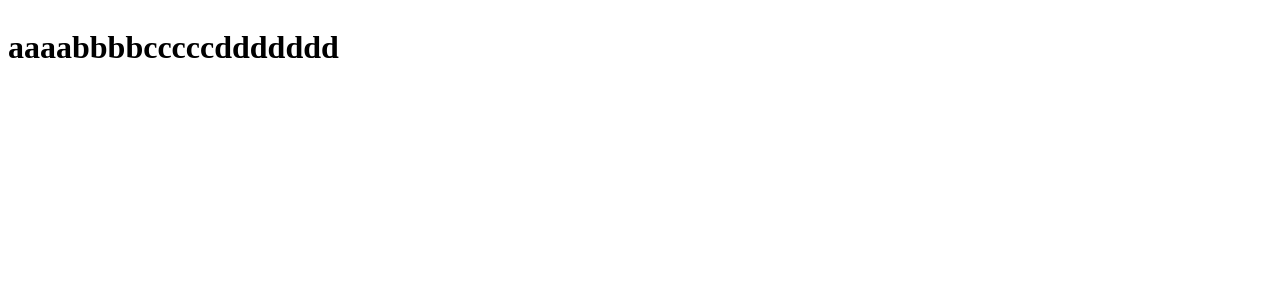
Repository: Ossan-gon/samurai_HTML-CSS
Page: liexbox.html
The author's editor kept a record of every edit. The page is drawn from the files as they stood at one moment, then again after the next edit.
The browser window is 1280 px wide. The pictures show the whole page.

Above is the page before.

### liexbox.html
<!DOCTYPE html>
<html lang="ja">
<head>
    <style>
        #sort {
            display: flex;
        }
    </style>
    <meta charset="UTF-8">
    <title>Document</title>
</head>
<body>
    <div id="sort">
        <h1>
            aaaa
        </h1>
        <h1>
            bbbb
        </h1>
        <h1>
            ccccc
        </h1>
        <h1>
            ddddddd
        </h1>
    </div>
</body>
</html>

After the next edit:
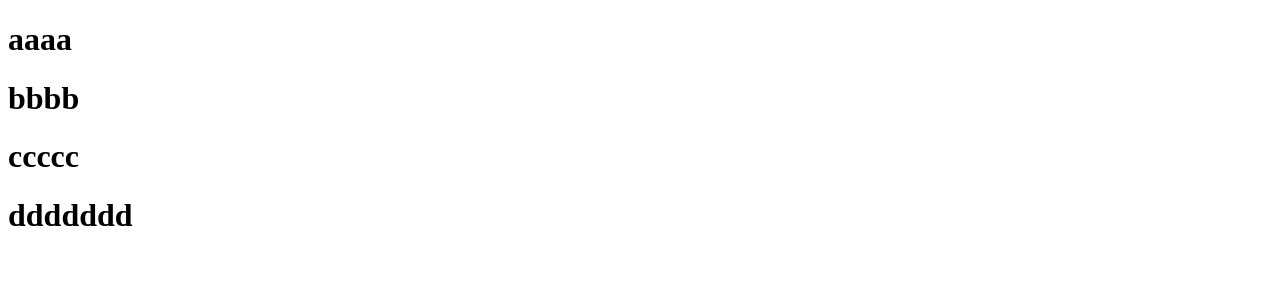
The edit:
--- a/liexbox.html
+++ b/liexbox.html
@@ -2,7 +2,7 @@
 <html lang="ja">
 <head>
     <style>
-        #sort {
+        #parent {
             display: flex;
         }
     </style>

After the edit that followed:
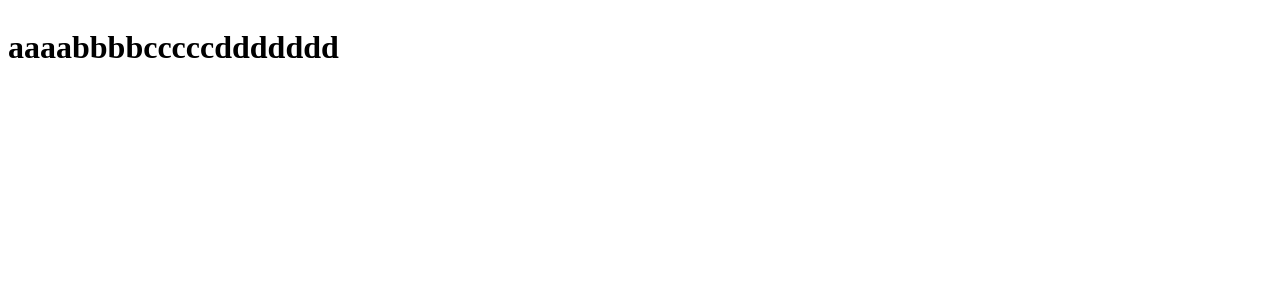
The edit:
--- a/liexbox.html
+++ b/liexbox.html
@@ -10,7 +10,7 @@
     <title>Document</title>
 </head>
 <body>
-    <div id="sort">
+    <div id="parent">
         <h1>
             aaaa
         </h1>
